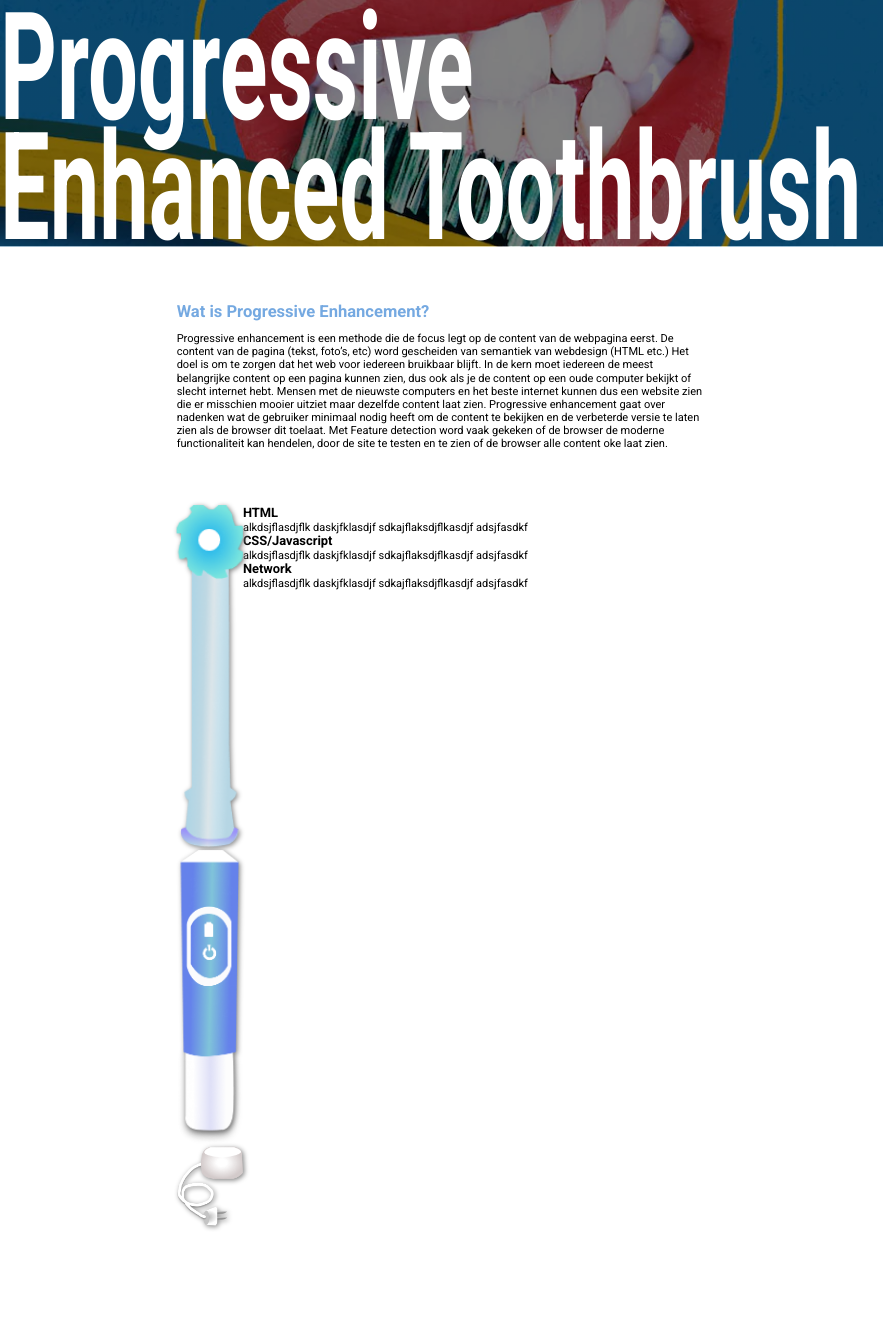
Repository: norakramer1/browser-technologies-2122
Page: progressive-enhanced-toothbrush-main/index.html
These files come from the project's save history. The page is drawn as it stood at one moment and after the next save; the edit follows.
The browser window is 1280 px wide. The pictures show the whole page, at 69% of full size.

Above is the page before, as saved 2022-03-23 13:16:30.

### progressive-enhanced-toothbrush-main/index.html
<!DOCTYPE html>
<html lang="en">
<head>
    <meta charset="UTF-8">
    <meta http-equiv="X-UA-Compatible" content="IE=edge">
    <meta name="viewport" content="width=device-width, initial-scale=1.0">
    <title>Progressive Enhanced Toothbrush</title>
    <link rel="stylesheet" href="style.css">
    <link href="https://fonts.googleapis.com/css2?family=Roboto:ital,wght@0,100;0,300;0,400;0,500;0,700;0,900;1,100;1,300;1,400;1,500;1,700;1,900&display=swap" rel="stylesheet">
</head>
<body>
    <header>
        <h1>Progressive Enhanced Toothbrush</h1>
    </header>
    <main>
        <article>
            <h2>Wat is Progressive Enhancement?</h2>
            <p>Progressive enhancement is een methode die de focus legt
               op de content van de webpagina eerst. De content van de pagina (tekst, foto’s, etc)
               word gescheiden van semantiek van webdesign (HTML etc.) Het doel is om te zorgen dat het web voor iedereen bruikbaar blijft. In de kern moet iedereen de meest belangrijke
               content op een pagina kunnen zien, dus ook als je de content op een oude computer bekijkt of slecht internet hebt. Mensen met de nieuwste computers en het beste internet
               kunnen dus een website zien die er misschien mooier uitziet maar dezelfde content laat zien. Progressive enhancement gaat over nadenken wat de gebruiker minimaal nodig heeft
               om de content te bekijken en de verbeterde versie te laten zien als de browser dit toelaat.

               Met Feature detection word vaak gekeken of de browser de moderne functionaliteit kan hendelen, door de site te testen en te zien of de browser alle content oke laat zien.</p>
        </article>
        <article>
            <ul>
                <li><img src="img/opzetstukje.png" alt="Opzet stukje van tandenborstel"></li>
                <li><img src="img/handvat.png" alt="Handvat van tandenborstel"></li>
                <li><img src="img/lader.png" alt="Lader van tandenborstel"></li>
            </ul>
            <ul>
                <li>
                    <h3>HTML</h3>
                    <p>alkdsjflasdjflk daskjfklasdjf sdkajflaksdjflkasdjf adsjfasdkf</p>
                </li>
                <li>
                    <h3>CSS/Javascript</h3>
                    <p>alkdsjflasdjflk daskjfklasdjf sdkajflaksdjflkasdjf adsjfasdkf</p>
                </li>
                <li>
                    <h3>Network</h3>
                    <p>alkdsjflasdjflk daskjfklasdjf sdkajflaksdjflkasdjf adsjfasdkf</p>
                </li>
            </ul>
        </article>
    </main>

    <script src="script.js"></script>
</body>
</html>

### progressive-enhanced-toothbrush-main/style.css
* {
    padding: 0;
    margin: 0;
    font-family: "Roboto", sans-serif;
}

header {
    background-image: linear-gradient(to bottom, rgba(0,0,0, .5), rgba(0,0,0, .5)),
    url('img/header.webp');
    background-size: cover;
    background-position: center;
    background-repeat: no-repeat;
    width: 100vw;
}

h1 {
    color: white;
    font-size: 10vw;
    transform: scaleY(1.7);
    line-height: .8;
    padding: 5rem 0 4.5rem 0;
}

main {
    padding: 5rem 20vw;
}

h2 {
    color: #75A9E1;
    margin-bottom: 1rem;
}

article {
    margin-bottom: 5rem;
}

article:nth-child(2) {
    display: flex;
}

article:nth-child(2) ul:first-child {
    display: flex;
    flex-direction: column;
    align-items: center;
    filter: drop-shadow(2px 2px 4px gray);
}

article:nth-child(2) img:first-of-type {
    width: 2rem;
    z-index: 1;
}
article:nth-child(2) img:nth-of-type(2) {
    width: 4.5rem;
}
article:nth-child(2) img:last-of-type {
    width: 6rem;
}

ul {
    list-style-type: none;
}

Loaded but not shown: progressive-enhanced-toothbrush-main/script.js (no stored copy; drawn as an empty file)

After the next save:
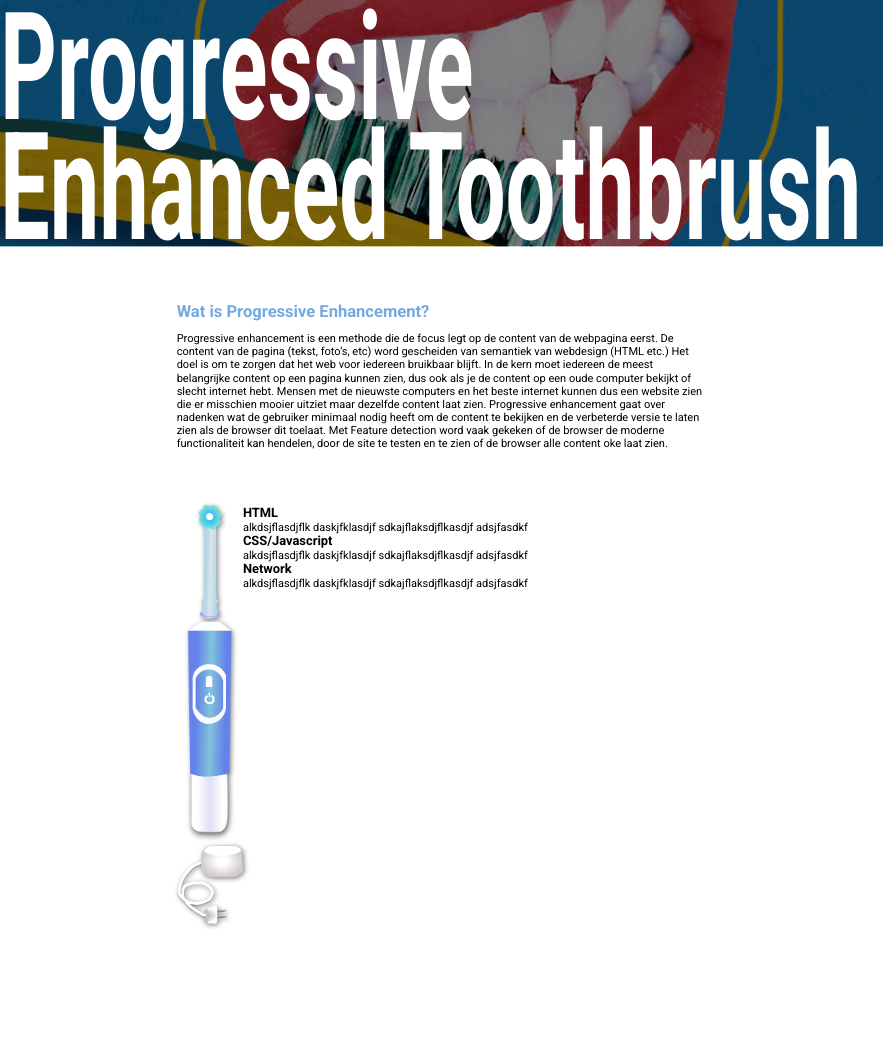
Saved 32 s later.
--- a/progressive-enhanced-toothbrush-main/style.css
+++ b/progressive-enhanced-toothbrush-main/style.css
@@ -45,14 +45,14 @@ article:nth-child(2) ul:first-child {
     filter: drop-shadow(2px 2px 4px gray);
 }
 
-article:nth-child(2) img:first-of-type {
+article:nth-child(2) li:first-of-type img {
     width: 2rem;
     z-index: 1;
 }
-article:nth-child(2) img:nth-of-type(2) {
+article:nth-child(2) li:nth-of-type(2) img {
     width: 4.5rem;
 }
-article:nth-child(2) img:last-of-type {
+article:nth-child(2) li:last-of-type img {
     width: 6rem;
 }
 
